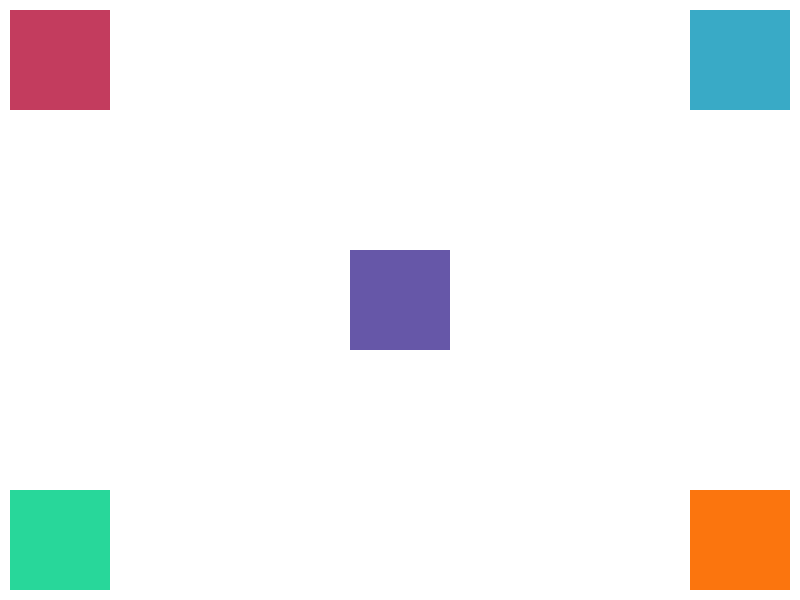
Repository: vitmac1/eclipse-workspace-project
Program's window: java exercicios-javafx/src/layout/AppLayout.java
The author's editor kept a copy of each file at every save. The program's window is drawn from the files as they stood at one save, then again after the next save.
It runs on Java 21 on a 1366 x 768 screen with JavaFX 11; the title bar is not drawn.

Above is the program's window before, as saved 2022-10-20 21:04:11.

After the next save:
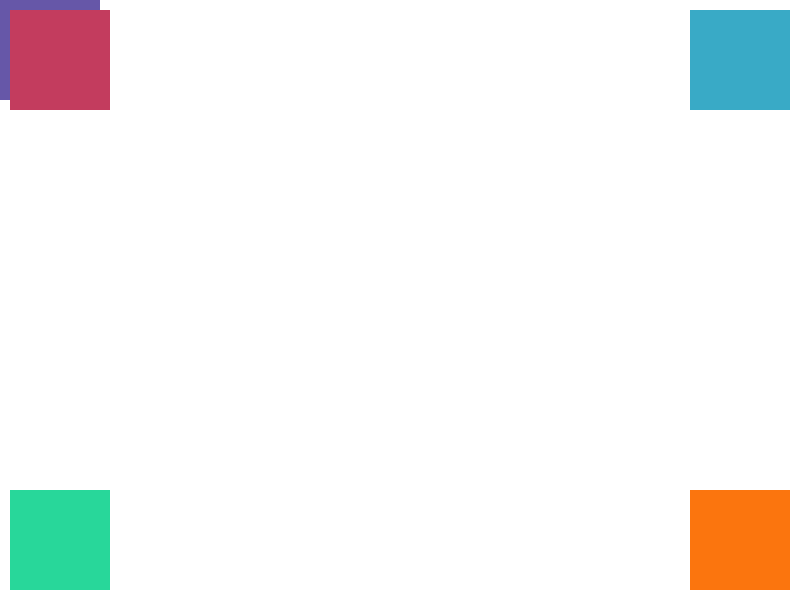
Saved 14 min 26 s later.
--- a/exercicios-javafx/src/layout/TesteAnchorPane.java
+++ b/exercicios-javafx/src/layout/TesteAnchorPane.java
@@ -24,10 +24,6 @@
 		setBottomAnchor(q4, 10.0);
 		setRightAnchor(q4, 10.0);
 
-		Quadrado q5 = new Quadrado();
-		setTopAnchor(q5, 250.0);
-		setLeftAnchor(q5, 350.0);
-
 		HBox centro = new HBox();
 		centro.setAlignment(Pos.CENTER);
 		setTopAnchor(centro, 110.0);
@@ -35,6 +31,8 @@
 		setLeftAnchor(centro, 110.0);
 		setRightAnchor(centro, 110.0);
 
+		Quadrado q5 = new Quadrado();
+		centro.getChildren().add(q5);
 		getChildren().add(q5);
 
 		getChildren().addAll(q1, q2, q3, q4, centro);
